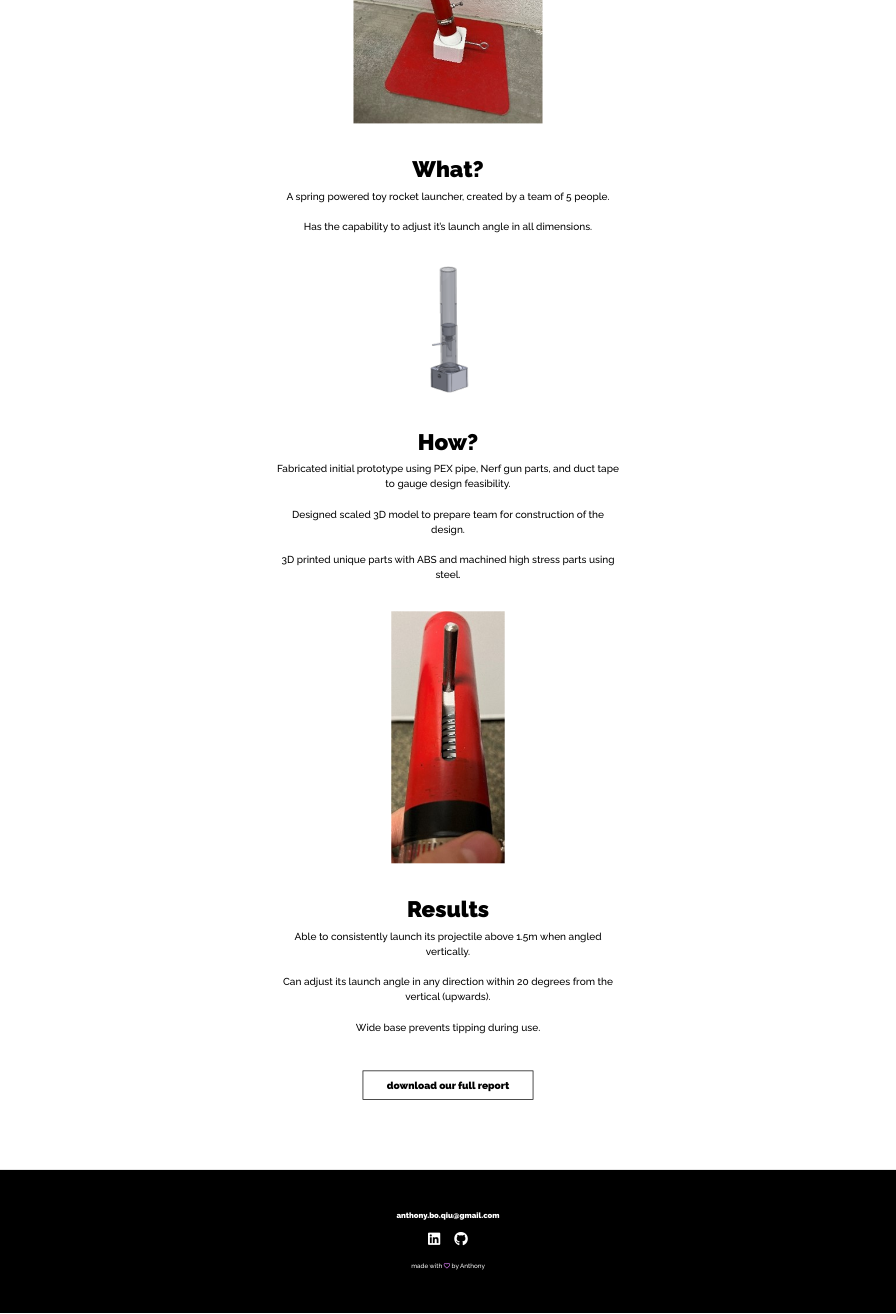
Repository: 7UM1N/anthonyq.github.io
Page: launcho.html
An editor plug-in stored every save of this project. The page is shown before and after the next save, followed by the edit.
The browser window is 1280 px wide. The pictures show the part of the page from y = 1035 to 2955 px (the page is 2912 px tall before and 2955 px after), at 70% of full size.

Above is the page before, as saved 2023-02-28 12:35:01.

### launcho.html
<!DOCTYPE html>
<html lang="en">
    <head>
        <!-- Google tag (gtag.js) -->
        <script async src="https://www.googletagmanager.com/gtag/js?id=G-XFJFSFPP7C"></script>
        <script>
            window.dataLayer = window.dataLayer || [];
            function gtag(){dataLayer.push(arguments);}
            gtag('js', new Date());
            gtag('config', 'G-XFJFSFPP7C');
        </script>

        <meta charset="UTF-8">
        <meta name="viewport" content="width=device-width, initial-scale=1.0">
        <title>Anthony Qiu</title>
        <link rel="stylesheet" href="https://cdnjs.cloudflare.com/ajax/libs/normalize/8.0.1/normalize.min.css" integrity="sha512-NhSC1YmyruXifcj/KFRWoC561YpHpc5Jtzgvbuzx5VozKpWvQ+4nXhPdFgmx8xqexRcpAglTj9sIBWINXa8x5w==" crossorigin="anonymous" referrerpolicy="no-referrer" />
        <link rel="stylesheet" href="https://cdnjs.cloudflare.com/ajax/libs/font-awesome/6.2.1/css/all.min.css" integrity="sha512-MV7K8+y+gLIBoVD59lQIYicR65iaqukzvf/nwasF0nqhPay5w/9lJmVM2hMDcnK1OnMGCdVK+iQrJ7lzPJQd1w==" crossorigin="anonymous" referrerpolicy="no-referrer" />
        <link rel="stylesheet" href="css/style.css">
        <link rel="preconnect" href="https://fonts.googleapis.com">
        <link rel="preconnect" href="https://fonts.gstatic.com" crossorigin>
        <link href="https://fonts.googleapis.com/css2?family=Raleway:ital,wght@0,100;0,200;0,300;0,400;0,500;0,600;0,700;0,800;0,900;1,100;1,200;1,300;1,400;1,500;1,600;1,700;1,800;1,900&display=swap" rel="stylesheet">
    </head>
    <body>

        <!-- header -->
        <section class="sub-header sub-header-launcho">
            <nav>
                <a class="logo" href="index.html">
                    <strong>ANTHONY</strong> QIU
                </a>
                <div class="nav-links" id="navLinks">
                    <ul>
                        <i class="fa-solid fa-xmark" onclick="hideMenu()"></i>
                        <li><a href="index.html" >HOME</a></li>
                        <li><a href="index.html#projects">PROJECTS</a></li>
                        <li><a href="contact.html">CONTACT</a></li>
                    </ul>
                </div>
                <i class="fa-solid fa-bars" onclick="showMenu()"></i>
            </nav>
            <div class="text-box">
                <h1>Launcho</h1>
                <p>
                    spring powered toy rocket
                </p>
            </div>
            <div class="scroll">
                <p>S C R O L L<br><i class="fa-solid fa-sort-down"></i></p>
            </div>
        </section>

        <!-- content -->
        <section class="portfolio-item-section">
            <img src="img/launcho/what.jpg">
            <h2>What?</h2>
            <p>
                A spring powered toy rocket launcher, created by a team of 5 people.<br><br>
                Has the capability to adjust it’s launch angle in all dimensions.
            </p>

            <img src="img/launcho/how.png">
            <h2>How?</h2>
            <p>
                Fabricated initial prototype using PEX pipe, Nerf gun parts, and duct tape to gauge design feasibility.<br><br>
                Designed scaled 3D model to prepare team for construction of the design.<br><br>
                3D printed unique parts with ABS and machined high stress parts using steel.
            </p>

            <img src="img/launcho/results.jpg">
            <h2>Results</h2>
            <p>
                Able to consistently launch its projectile above 1.5m when angled vertically.<br><br>
                Can adjust its launch angle in any direction within 20 degrees from the vertical (upwards).<br><br>
                Wide base prevents tipping during use.<br><br>

            </p>
            <a href="Toy_Design_Report_-_Launcho.pdf" download class="hero-btn inverse-btn"><strong>download our full report</strong></a>
        </section>

        <!-- footer -->
        <footer class="footer">
            <a href="mailto:anthony.bo.qiu@gmail.com" class="email">anthony.bo.qiu@gmail.com</a>
            <ul class="socials">
                <li class="socials-item">
                    <a class="social-item-link" href="https://www.linkedin.com/in/anthonyboqiu">
                        <i class="fa-brands fa-linkedin"></i>
                    </a>
                </li>
                <li class="socials-item">
                    <a class="social-item-link" href="https://github.com/anthonyqiu">
                        <i class="fa-brands fa-github"></i>
                    </a>
                </li>
            </ul>
            <P class="love">made with <i class="fa-regular fa-heart"></i> by Anthony</p>
        </footer>

        <!-- javascript-->
        <script src="js/index.js"></script>
    </body>
</html>

### css/style.css
/*custom properties*/
:root {
    --ff-primary: 'Raleway', sans-serif;
    --ff-secondary: 'Raleway', sans-serif;

    --fw-reg: 500;
    --fw-bold: 850;

    --clr-light: #fff;
    --clr-dark: #000000;
    --clr-accent: #e281ff;

    --fs-h1: 3rem;
    --fs-h2: 2rem;
    --fs-h3: 1.25rem;
    --fs-h4: 1.05rem;
    --fs-body: 0.9rem;

    --bs: 0.25em 0.25em 0.75em rgba(0, 0, 0, .25), 0.125em 0.125em 0.25em rgba(0, 0, 0, .15);
}

* {
    margin: 0;
    padding: 0;
    font-family: var(--ff-primary);
}

/* typography */
h1,
h2,
h3 {
    line-height: 1.1;
}

h1, h2, h3, h4 {
    font-weight: var(--fw-bold);
}

h1 {font-size: var(--fs-h1)}
h2 {font-size: var(--fs-h2)}
h3 {
    font-size: var(--fs-h3);
    font-weight: 800;
}
h4 {
    font-size: var(--fs-h4);
}

p {
    font-size: var(--fs-body);
    font-weight: var(--fw-reg);
    line-height: 150%;
    padding: 10px;
}

a:link {
    text-decoration: none;
}

a:visited {
    text-decoration: none;
}

a:hover {
    text-decoration: none;
}

a:active {
    text-decoration: none;
}

strong {font-weight: var(--fw-bold);}

/*header*/
header {
    min-height: 100vh;
    width: 100%;
    background-image: linear-gradient(rgba(4, 9, 30, 0.85), rgba(4, 9, 30, 0.85)), url(../img/blueprint.jpeg);
    background-position: center;
    background-size: cover;
    position: relative;
}

header img {
    max-width: 20vh;
    border-radius: 7%;
}

nav {
    display: flex;
    padding: 2% 6%;
    justify-content: space-between;
    align-items: center;
}

.logo {
    color: var(--clr-light);
    text-decoration: none;
    font-size: var(--fs-h2);
}

.nav-links {
    flex: 1;
    text-align: right;
}

.nav-links ul li {
    list-style: none;
    display: inline-block;
    padding: 8px 12px;
    position: relative;
}

.nav-links ul li a {
    color: var(--clr-light);
    text-decoration: none;
    font-size: var(--fs-body);
}

.nav-links ul li::after {
    content: '';
    width: 0%;
    height: 2px;
    background: var(--clr-light);
    display: block;
    margin: auto;
    transition: 0.5s;
}

.nav-links ul li:hover::after {
    width: 100%;
}

.text-box {
    width: 50%;
    color: var(--clr-light);
    position: absolute;
    top: 50%;
    left: 50%;
    transform: translate(-50%, -50%);
    text-align: center;
}

.text-box p {
    margin: 10px 0 40px;
    color: var(--clr-light);
}

.hero-btn {
    color: var(--clr-light);
    border: 1px solid var(--clr-light);
    display: inline-block;
    text-decoration: none;
    padding: 12px 34px;
    font-size: var(--fs-body);
    background: transparent;
    position: relative;
    cursor: pointer;
    margin-top: 20px;;
}

.hero-btn:hover {
    background: var(--clr-light);
    color: var(--clr-dark);
    transition: 1s;
}

.inverse-btn {
    color: var(--clr-dark);
    border: 1px solid var(--clr-dark);
}

.inverse-btn:hover {
    color: var(--clr-light);
    background: var(--clr-dark);
}

nav .fa-solid {
    display: none;
}

.scroll {
    color: var(--clr-light);
    text-align: center;
    position: absolute;
    top: 96%;
    left: 50%;
    transform: translate(-50%, -50%);
}

/*projects*/

.projects {
    width: 80%;
    margin: auto;
    text-align: center;
    padding-top: 100px;
    padding-bottom: 100px;
}

.projects p {
    color: var(--clr-dark);
}

.projects img {
    width: 12rem;
    height: 18rem;
    border-radius: 10px;
}

.portfolio {
    display: flex;
    flex-wrap: wrap;
    gap: 1.5rem;

    margin: auto;
    align-items: center;
    justify-content: center;
    margin-top: 3rem;
}

.portfolio-item {
    background-position: center;
    background-size: cover;
    position: relative;

    color: var(--clr-light);
    width: 350px;
    height: 500px;
    flex-shrink: 0;
    border-radius: 10px;
    box-sizing: border-box;
    transition: 0.5s;

    display: flex;
    justify-content: center;
    align-items: center;
    flex-direction: column;
}

.portfolio-item h3 {
    color: var(--clr-light);
    width: 150px;
    height: 150px;
    border-style: solid;
    border-width: 0.3rem;
    border-color: var(--clr-light);
    border-radius: 50%;

    position: relative;
    display: flex;
    justify-content: center;
    align-items: center;
    margin: auto;
}

.portfolio-item p {
    color: var(--clr-light);

    display: flex;
    justify-content: center;
    align-items: center;
    margin: auto;
    opacity: 0%;
    transition: 1s;
}

.nerfv2 {
    background-image: linear-gradient(rgba(4, 9, 30, 0.5), rgba(4, 9, 30, 0.5)), url(../img/coming-soon.webp);
}

.launcho {
    background-image: linear-gradient(rgba(4, 9, 30, 0.5), rgba(4, 9, 30, 0.5)), url(../img/launcho/launcho-card.jpg);
}

.codebreaker {
    background-image: linear-gradient(rgba(4, 9, 30, 0.5), rgba(4, 9, 30, 0.5)), url(../img/codebreaker/codebreaker-card.jpg);
}

.saitama {
    background-image: linear-gradient(rgba(4, 9, 30, 0.5), rgba(4, 9, 30, 0.5)), url(../img/saitama/saitama-banner.webp);
}

.this-website {
    background-image: linear-gradient(rgba(4, 9, 30, 0.5), rgba(4, 9, 30, 0.5)), url(../img/this-website/this-website-card.jpeg);
}

.portfolio-item h3 {
    vertical-align: middle;
}

.portfolio-item:hover {
    box-shadow: 0 0 20px 0px rgba(0, 0, 0, 0.80);
    filter: brightness(90%);
}

.portfolio-item:hover p {
    opacity: 100%;
}

.portfolio-item-text {
    position: absolute;
    top: 0;
}

/* footer */
.footer {
    background: var(--clr-dark);
    color: var(--clr-light);
    text-align: center;
    padding: 2.5em 0;
    font-size: var(--fs-h3);
    font-family: var(--ff-secondary);
}

.footer a {
    color: inherit;
    text-decoration: none;
}

.email {
    font-weight: var(--fw-bold);
    font-size: 11px;
}

.email:hover,
.social-item-link:hover {
    transform: scale(2);
    opacity: .5;
}

.email,
.social-item-link {
    transition:
        transform 750ms cubic-bezier(.5, 0, .5, 1),
        opacity 250ms linear;
}

.socials {
    list-style: none;
    display: flex;
    justify-content: center;
    margin: 0.25em 0 0;
    padding: 0;
}

.socials-item {
    margin: - .5em;
}

.socials-item {
    padding: .5em;
}

.love {
    font-size: 9px;
}

.fa-heart {
    color: var(--clr-accent);
}

/* sub header */
.sub-header {
    height: 100vh;
    width: 100%;
    background-image: linear-gradient(rgba(4, 9, 30, 0.7), rgba(4, 9, 30, 0.7)), url(../img/launcho/launcho-card.jpg);
    background-position: center;
    background-size: cover;
    text-align: center;
    margin: auto;
    position: relative;
}
.sub-header-contact {background-image: linear-gradient(rgba(4, 9, 30, 0.85), rgba(4, 9, 30, 0.85)), url(../img/blueprint.jpeg);}
.sub-header-nerfv2 {background-image: linear-gradient(rgba(4, 9, 30, 0.7), rgba(4, 9, 30, 0.7)), url(../img/coming-soon.webp);}
.sub-header-launcho {background-image: linear-gradient(rgba(4, 9, 30, 0.7), rgba(4, 9, 30, 0.7)), url(../img/launcho/launcho-card.jpg);}
.sub-header-codebreaker {background-image: linear-gradient(rgba(4, 9, 30, 0.7), rgba(4, 9, 30, 0.7)), url(../img/codebreaker/codebreaker-banner.jpg);}
.sub-header-saitama {background-image: linear-gradient(rgba(4, 9, 30, 0.7), rgba(4, 9, 30, 0.7)), url(../img/saitama/saitama-banner.webp);}
.sub-header-this-website {background-image: linear-gradient(rgba(4, 9, 30, 0.7), rgba(4, 9, 30, 0.7)), url(../img/this-website/this-website-card.jpeg);}

.sub-header .text-box {
    border-style: solid;
    border-width: 0.25rem;
    border-color: var(--clr-light);
}

.portfolio-item-section {
    text-align: center;
    padding-top: 100px;
    padding-bottom: 100px;
    width: 40%;

    position: relative;
    display: flex;
    justify-content: center;
    align-items: center;
    margin: auto;
    flex-direction: column;
}

.portfolio-item-section p {
    color: var(--clr-dark);
}

.portfolio-item-section img {
    max-width: 90%;
    max-height: 50vh;
    padding: 2rem;
}

.portfolio-item-section h2,
.portfolio-item-section h3 {
    margin-top: 1rem;
}

.contact {
    padding: 50px;
    width: 40%;
    margin: auto;
    text-align: center;
}

.contact input,
.contact textarea {
    width: 100%;
    padding: 15px;
    margin-bottom: 17px;
    outline: none;
    border: 1px solid var(--clr-dark);
    box-sizing: border-box;
}

/*smaller screens*/
@media(max-width: 800px) {
    .nav-links ul li {
        display: block;
    }

    .nav-links {
        position: fixed;
        background: var(--clr-dark);
        height: 100vh;
        width: 200px;
        top: 0;
        right: -200px;
        text-align: left;
        z-index: 2;
        transition: 1s;
    }

    nav .fa-solid {
        display: block;
        color: var(--clr-light);
        margin: 10px;
        font-size: var(--fs-h3);
        cursor: pointer;
    }

    .text-box {
        width: 90%;
    }

    header img {
        max-width: 10vh;
        border-radius: 3%;
    }

    .portfolio-item-section {
        width: 90%;
    }

    .contact {
        width: 70%;
    }
}

### js/index.js
//toggle menu
var navLinks = document.getElementById("navLinks");

function showMenu(){
    navLinks.style.right = "0";
}

function hideMenu(){
    navLinks.style.right = "-200px";
}

After the next save:
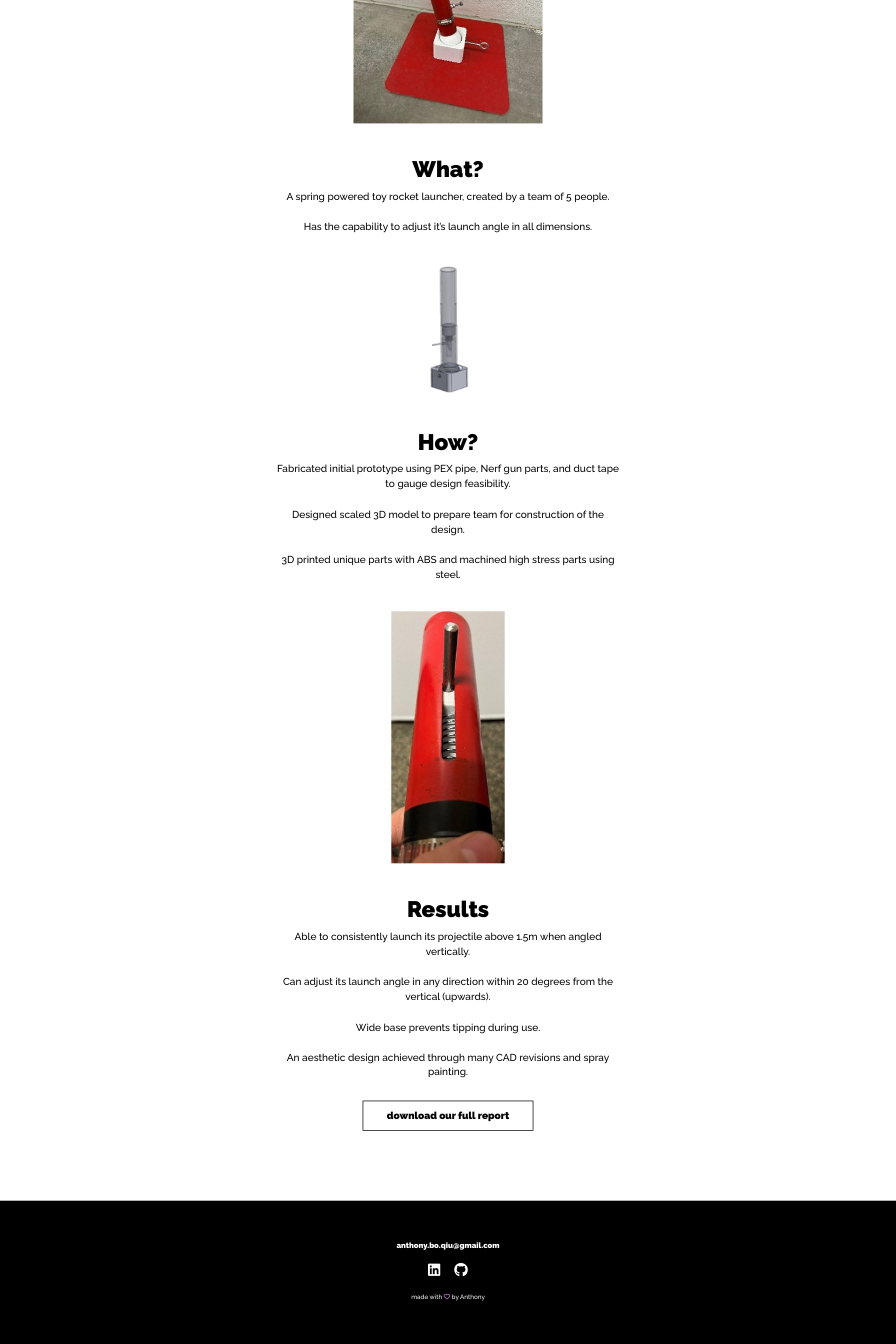
Saved 14 s later.
--- a/launcho.html
+++ b/launcho.html
@@ -72,7 +72,7 @@
                 Able to consistently launch its projectile above 1.5m when angled vertically.<br><br>
                 Can adjust its launch angle in any direction within 20 degrees from the vertical (upwards).<br><br>
                 Wide base prevents tipping during use.<br><br>
-
+                An aesthetic design achieved through many CAD revisions and spray painting.
             </p>
             <a href="Toy_Design_Report_-_Launcho.pdf" download class="hero-btn inverse-btn"><strong>download our full report</strong></a>
         </section>
